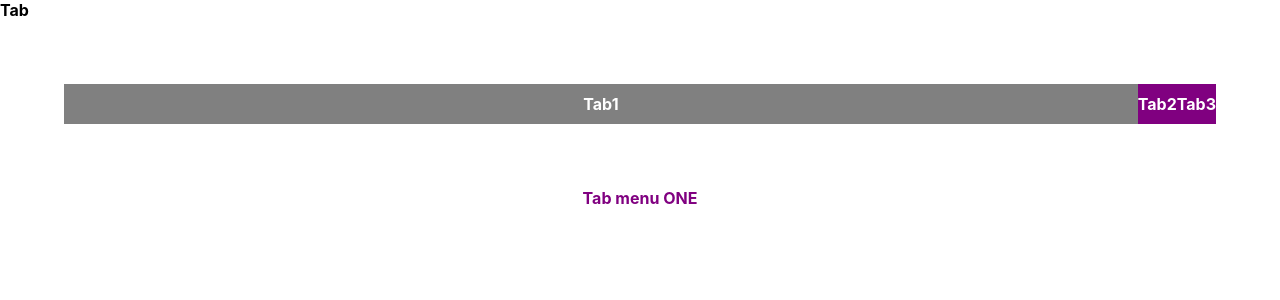
Repository: janghwahyun/wanted_pre_onboarding
Page: /Tab
The author's editor kept a copy of each file at every save. The page is drawn from the files as they stood at one save, then again after the next save.
The browser window is 1280 px wide. The pictures show the whole page.
The project was rebuilt for these pictures with package versions that can differ from the ones it lists, and the page was loaded fresh each time. Also part of the build but not shown: src/component/ClickToEdit.js, src/component/Modal.js, src/component/Tag.js, src/component/Toggle.js.

Above is the page before, as saved 2022-02-11 15:13:43.

After the next save:
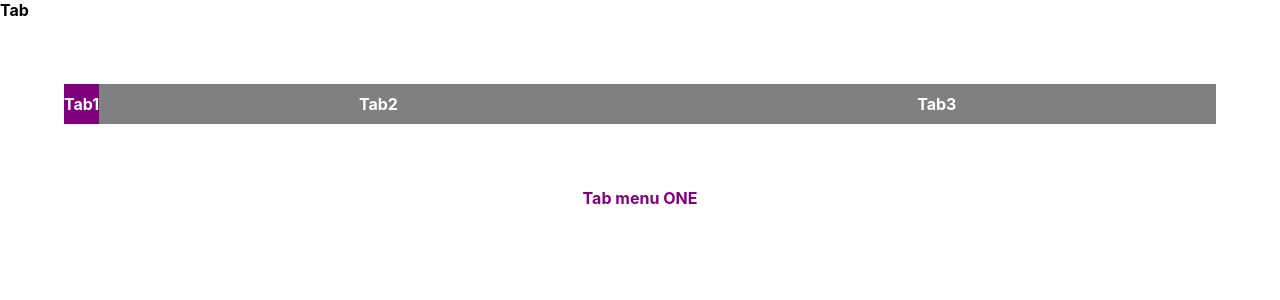
Saved 22 s later.
--- a/src/component/Tab.js
+++ b/src/component/Tab.js
@@ -46,14 +46,14 @@ const TabMenu = styled.li`
   margin: 4em;
   height: 40px;
 
-  .isMenu {
+  .stanbyMenu {
     display: flex;
     justify-content: center;
     flex-grow: 1;
     cursor: pointer;
   }
 
-  .stanbyMenu {
+  .isMenu {
     background-color: purple;
     color: white;
     height: 100%;
